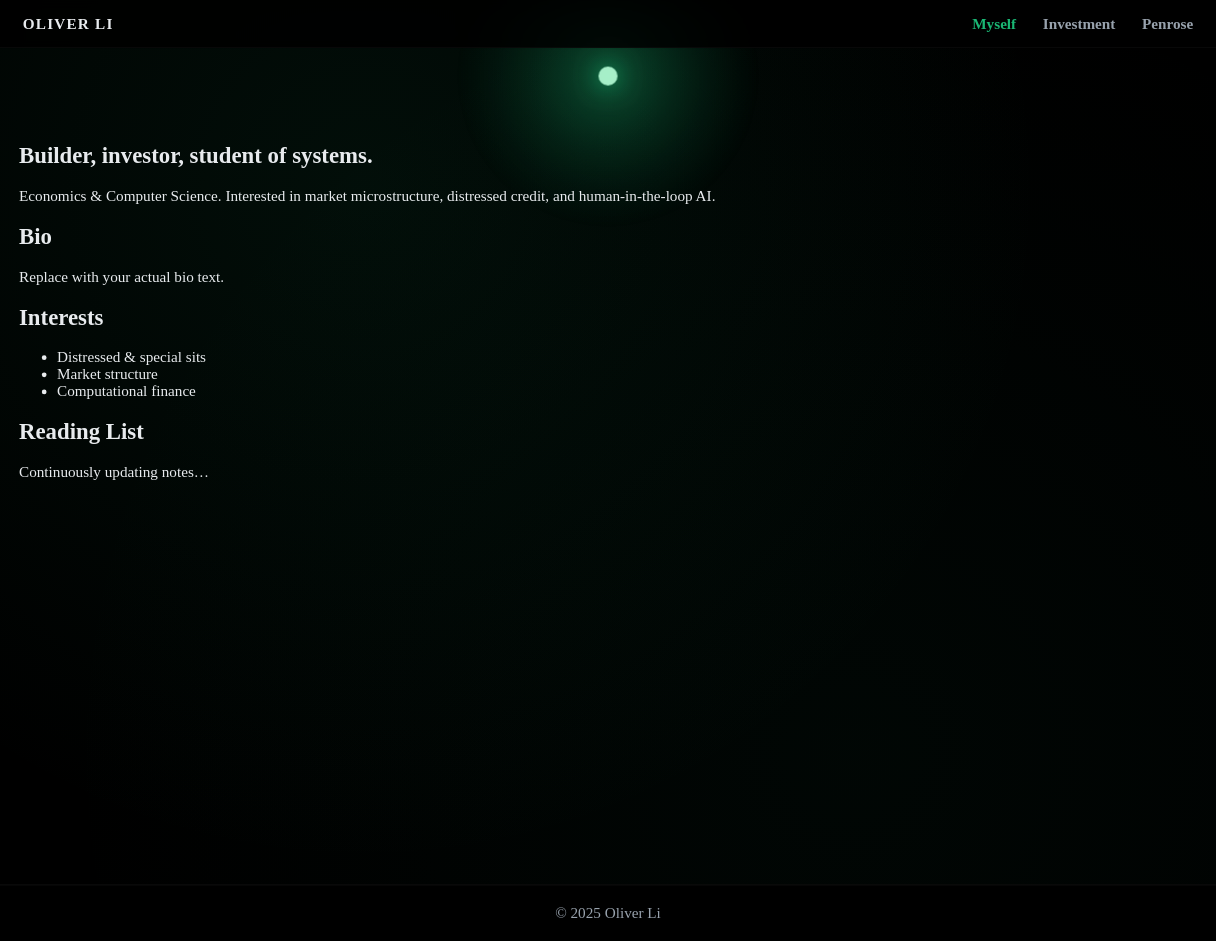
Repository: oliverli1728/portfolio
Page: index.html
These files come from the project's save history. The page is drawn as it stood at one moment and after the next save; the edit follows.
The browser window is 1280 px wide. The pictures show the whole page, at 95% of full size.
Some web fonts or font styles are not loaded; a fallback is used.

Above is the page before, as saved 2025-09-25 22:45:01.

After the next save:
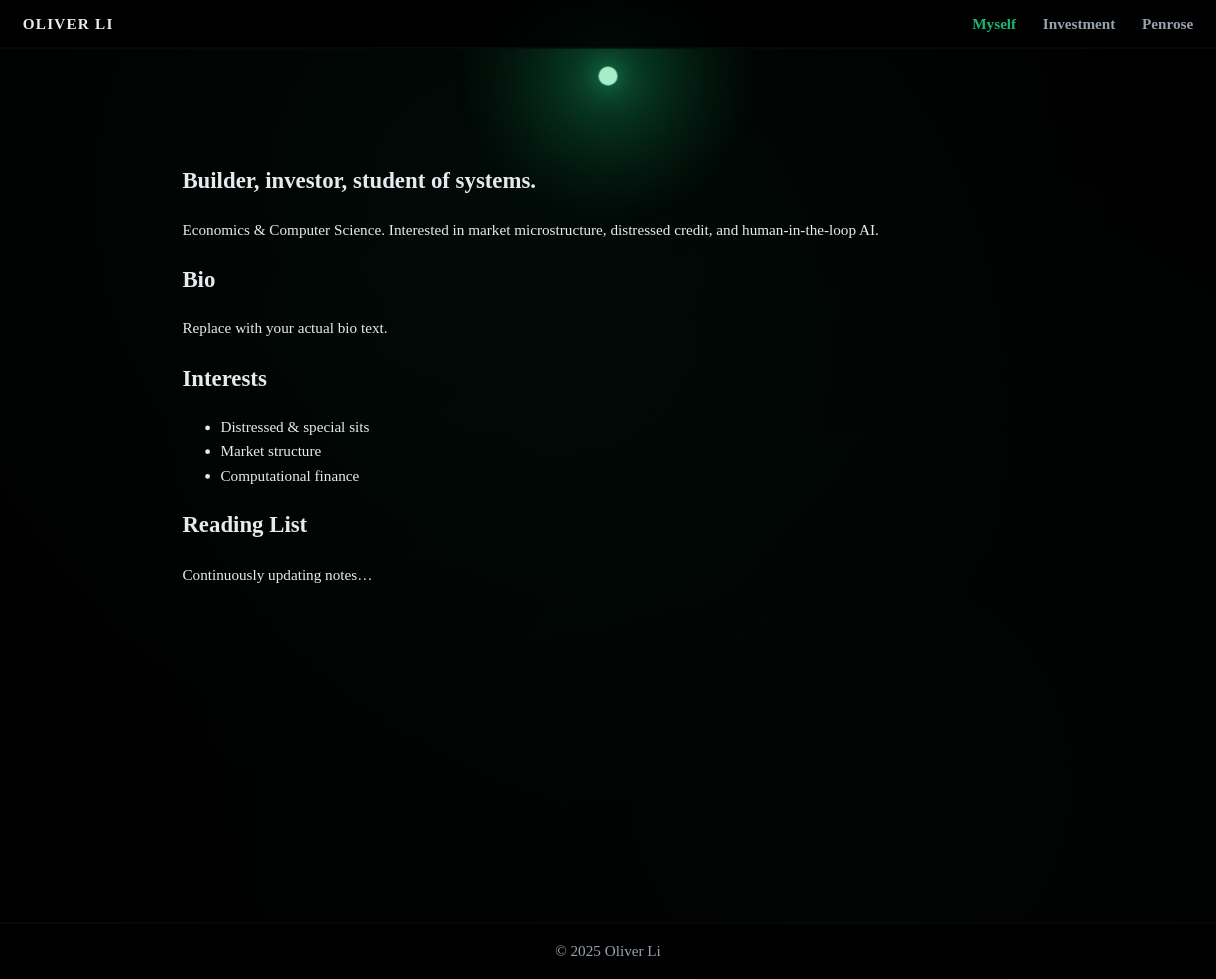
Saved 6 s later.
--- a/style.css
+++ b/style.css
@@ -1,14 +1,11 @@
 :root{
   --bg:#070707;
-  --bg-grad: radial-gradient(circle at 30% 20%, rgba(26,183,116,0.08), transparent 60%),
-             radial-gradient(circle at 70% 80%, rgba(15,128,84,0.05), transparent 70%),
+  --bg-grad: radial-gradient(circle at 40% 20%, rgba(26,183,116,0.05), transparent 60%),
+             radial-gradient(circle at 70% 80%, rgba(15,128,84,0.04), transparent 70%),
              #000;
-  --elev:#121212;
   --muted:#98a2ad;
   --text:#e8ebee;
   --accent:#1ab774;
-  --radius:18px;
-  --shadow:0 10px 30px rgba(0,0,0,.35);
 }
 
 body{
@@ -31,15 +28,13 @@ body{
 .tab-link{ color:var(--muted); text-decoration:none; font-weight:600; }
 .tab-link.active{ color:var(--accent); }
 
-.tab-content{ display:none; min-height:100vh; padding:80px 20px; position:relative; z-index:1; }
+.tab-content{ display:none; min-height:100vh; padding:100px 15%; position:relative; z-index:1; line-height:1.6; }
 .tab-content.active{ display:block; }
 
-/* Panels */
-.panel{ margin:80px auto; max-width:800px; background:var(--elev); padding:40px; border-radius:var(--radius); box-shadow:var(--shadow); }
 [data-fade]{ opacity:0; transform:translateY(24px); transition: opacity .8s ease, transform .8s ease; }
 [data-fade].in-view{ opacity:1; transform:none; }
 
-/* Penrose animation */
+/* Penrose */
 .penrose-container{ position:relative; display:flex; flex-direction:column; align-items:center; justify-content:center; height:100vh; overflow:hidden; }
 .penrose-animated{ width:320px; animation: bob 5s ease-in-out infinite; z-index:2; }
 .penrose-shadow{ position:absolute; bottom:20%; width:180px; height:30px; background:rgba(0,0,0,0.7); border-radius:50%; filter:blur(10px); z-index:1; }
@@ -50,5 +45,4 @@ body{
 /* Canvas for main particle */
 #particleCanvas{ position:fixed; top:0; left:0; width:100%; height:100%; z-index:0; pointer-events:none; }
 
-/* Footer */
 .site-footer{ text-align:center; padding:20px; border-top:1px solid #111; background:#000; color:var(--muted); z-index:5; position:relative; }
